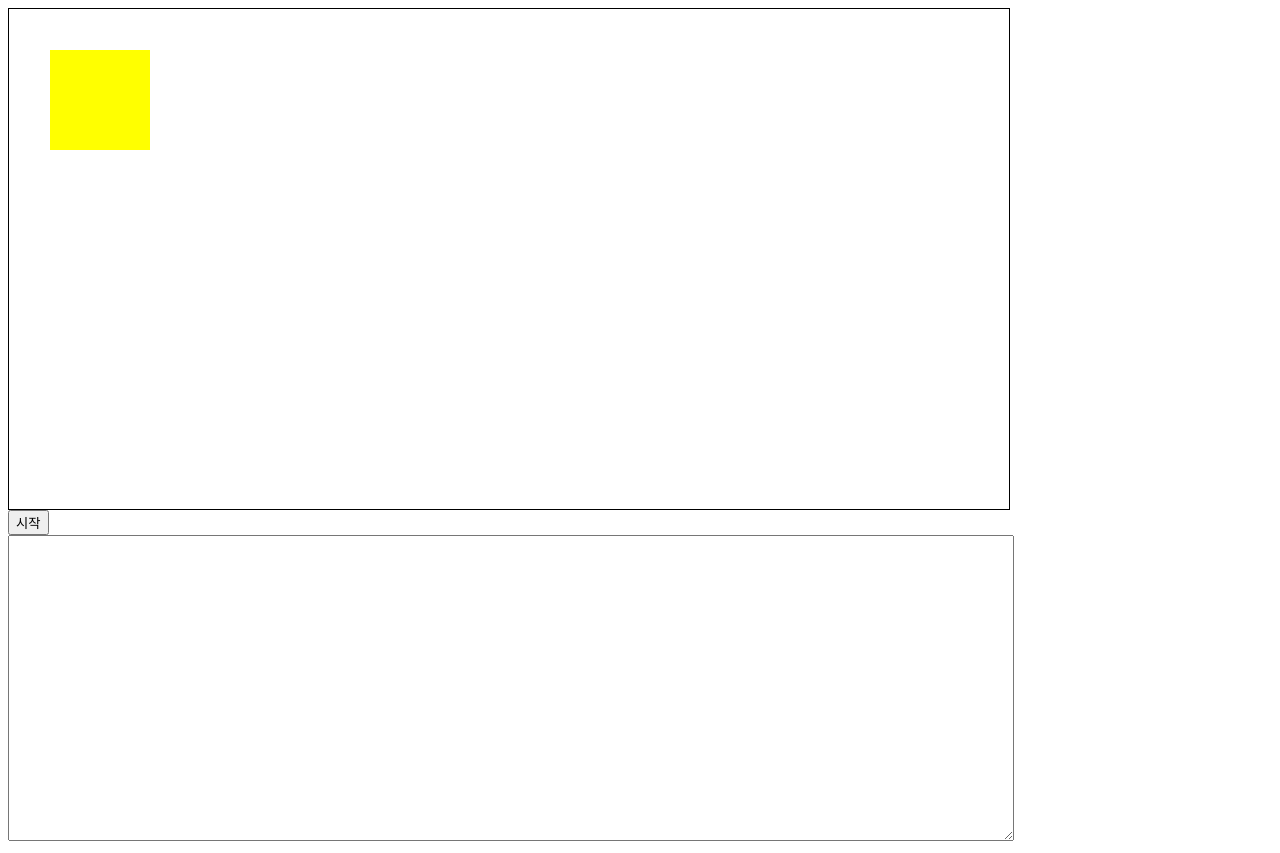
Repository: mjh1583/Hustar03_eGov
Page: http://localhost/JavaScript/js013.jsp
An editor plug-in stored every save of this project. The page is shown before and after the next save, followed by the edit.
The browser window is 1280 px wide. The pictures show the whole page.
The page is served by Tomcat 9.

Above is the page before, as saved 2021-05-07 05:34:23.

### workspace/JavaScript/src/main/webapp/js013.jsp
<%@ page language="java" contentType="text/html; charset=UTF-8"
    pageEncoding="UTF-8"%>
<!DOCTYPE html>
<html>
<head>
	<meta charset="UTF-8">
	<title>animation</title>
</head>
<body>
	<div style="width: 1000px; height: 500px; border: 1px solid;" id="contentsArea">
		<div id="div1" style="width: 100px; height: 100px; background-color: yellow; position: absolute; top: 50px; left: 50px;"></div>
	</div>

	<input type="button" id="btn1" value="시작"/>
	<br>
	<textarea id="xy" style="width: 1000px; height: 300px"></textarea>

	<script src="https://code.jquery.com/jquery-3.6.0.js"></script>
	<script type="text/javascript">
		/*
			contentsArea에 마우스를 찍으면 textArea에 좌표가 입력되고 (여러개 찍을 수 있도록), 시작 버튼을 누르면 해당 위치로 이동이 가능하도록 구현하세요.
		*/

	</script>
</body>
</html>

After the next save:
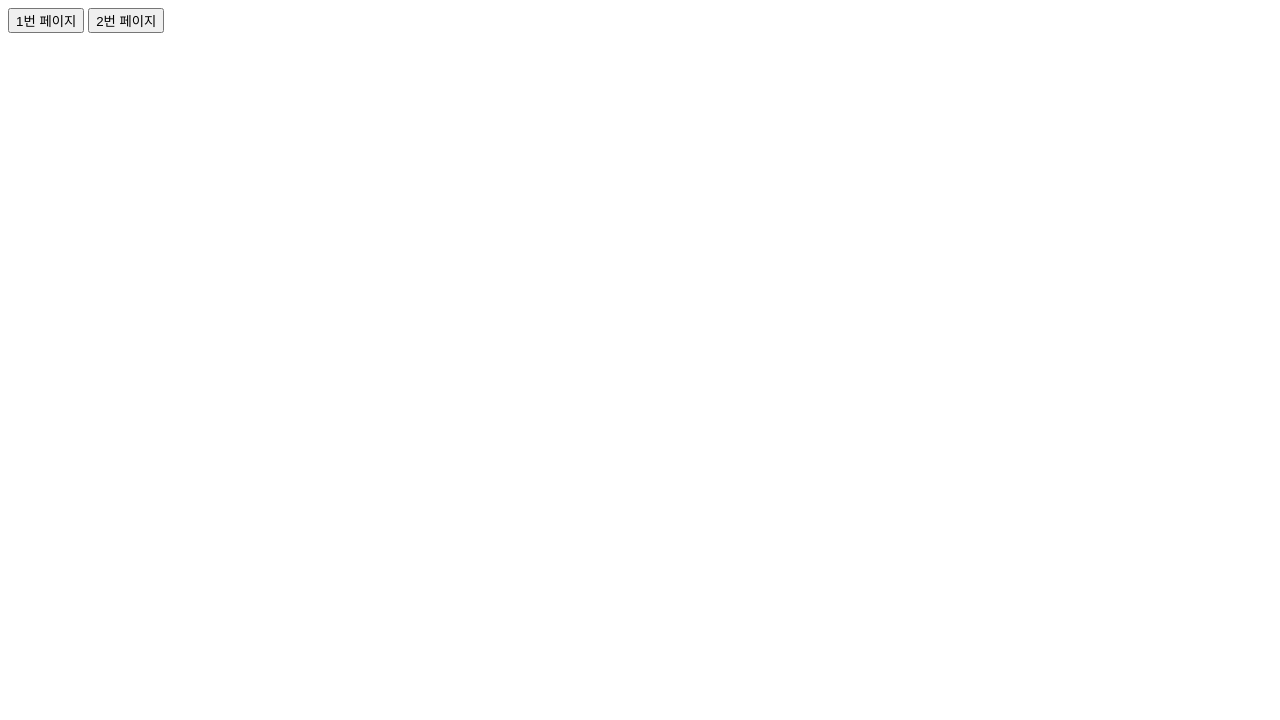
Saved 2 min 59 s later.
--- a/workspace/JavaScript/src/main/webapp/js013.jsp
+++ b/workspace/JavaScript/src/main/webapp/js013.jsp
@@ -7,14 +7,14 @@
 	<title>animation</title>
 </head>
 <body>
-	<div style="width: 1000px; height: 500px; border: 1px solid;" id="contentsArea">
-		<div id="div1" style="width: 100px; height: 100px; background-color: yellow; position: absolute; top: 50px; left: 50px;"></div>
+	<div id="contentsArea">
+
 	</div>
 
-	<input type="button" id="btn1" value="시작"/>
-	<br>
-	<textarea id="xy" style="width: 1000px; height: 300px"></textarea>
-
+	<div>
+		<input type="button" id="btn1" value="1번 페이지">
+		<input type="button" id="btn2" value="2번 페이지">
+	</div>
 	<script src="https://code.jquery.com/jquery-3.6.0.js"></script>
 	<script type="text/javascript">
 		/*
